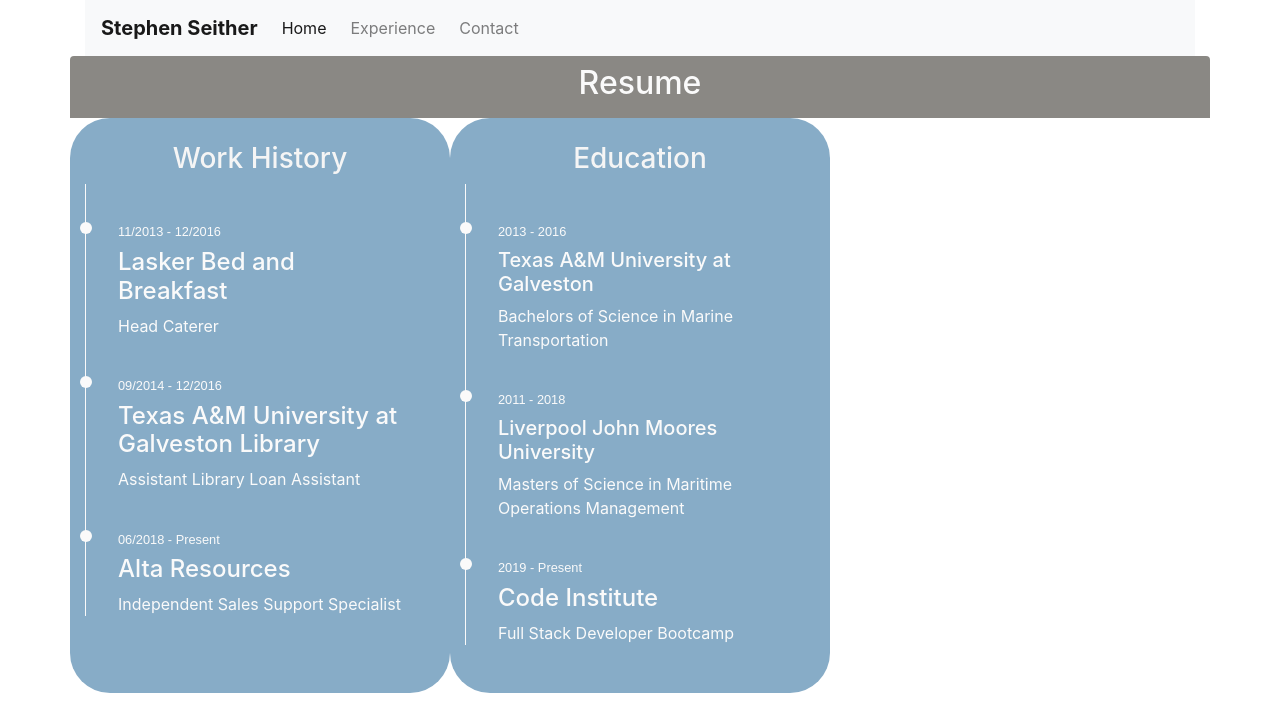
Repository: stephenseither/First-Milestone-Project
Page: experience.html
The author's editor kept a record of every edit. The page is drawn from the files as they stood at one moment, then again after the next edit.
The browser window is 1280 px wide. The pictures show the whole page.
Some web libraries are served in a nearby version.

Above is the page before.

After the next edit:
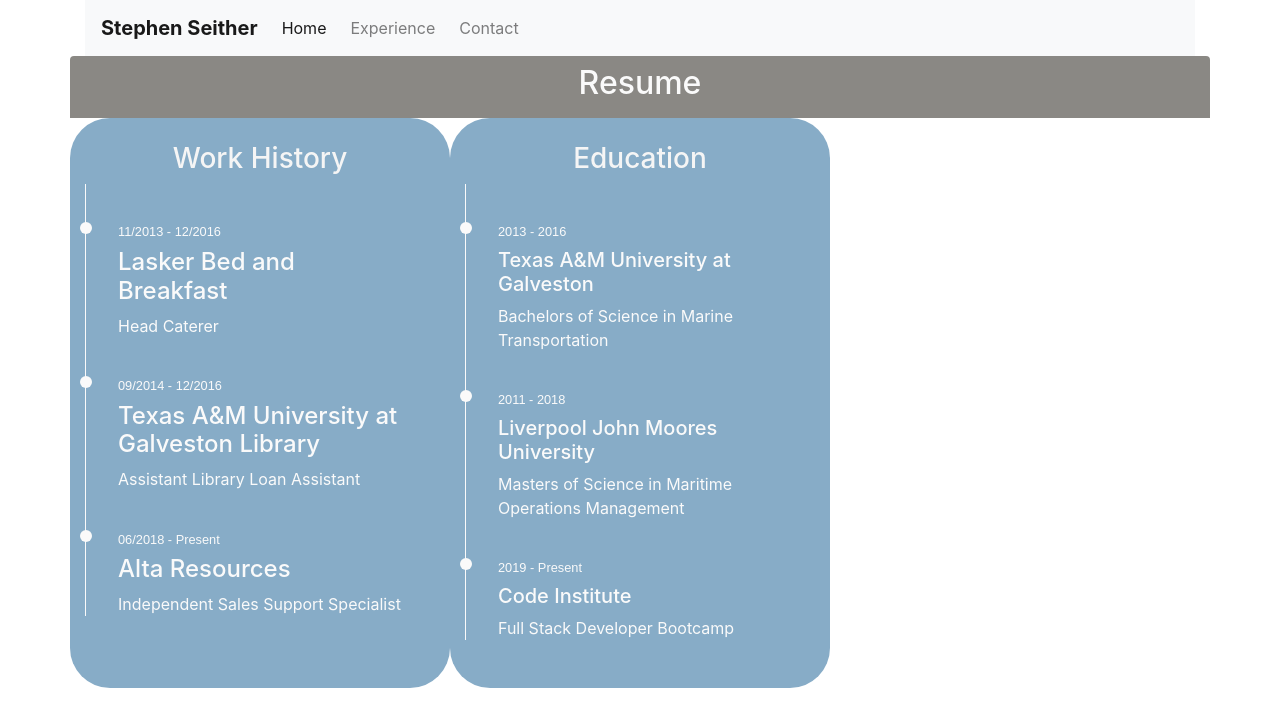
The edit:
--- a/experience.html
+++ b/experience.html
@@ -78,7 +78,7 @@
                     <p>Masters of Science in Maritime Operations Management</p>
                 </div>
                 <div class="school-item" data-dates="2019 - Present">
-                    <h4>Code Institute</h4>
+                    <h5>Code Institute</h4>
                     <p>Full Stack Developer Bootcamp</p>
                 </div>
             </div>
